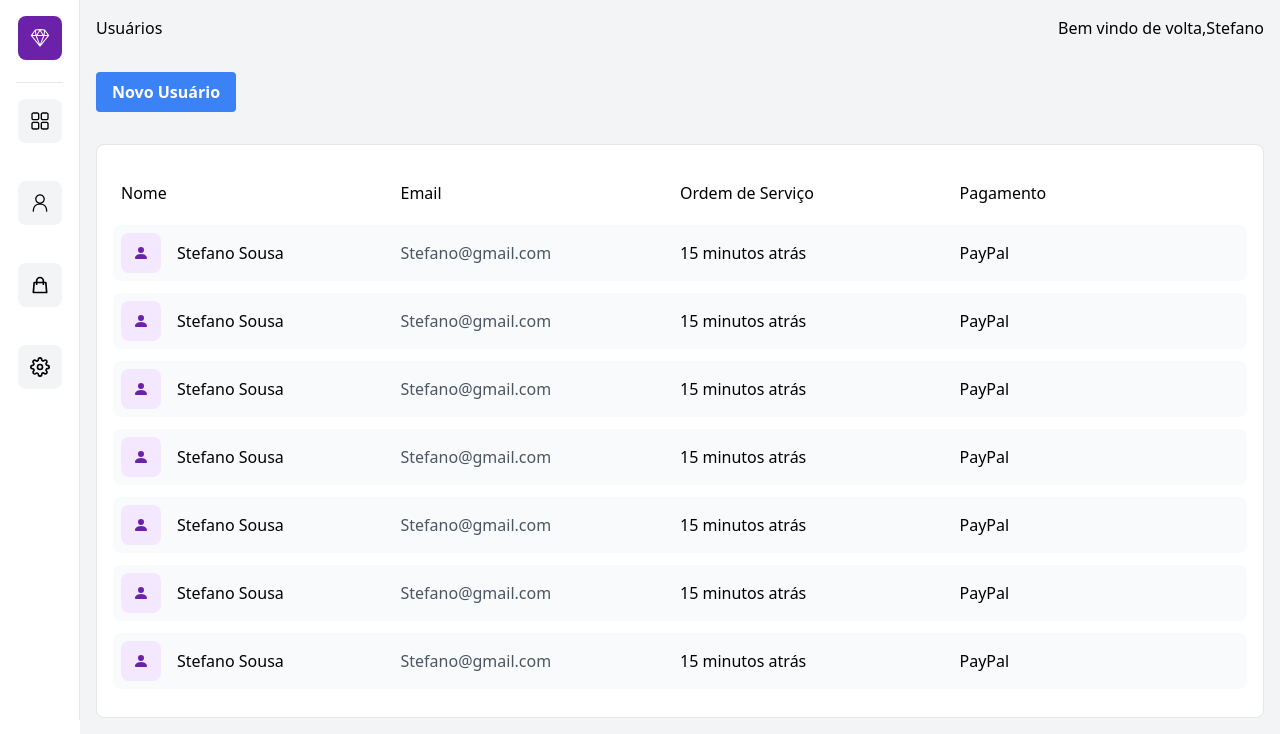
Repository: stefanosousaa/dashboard-next13
Page: /costumers
The author's editor kept a copy of each file at every save. The page is drawn from the files as they stood at one save, then again after the next save.
The browser window is 1280 px wide. The pictures show the whole page.
The project was rebuilt for these pictures with package versions that can differ from the ones it lists, and the page was loaded fresh each time. The framework's server and built-in components were replaced by stand-ins that run in the browser. Also part of the build but not shown: next.config.js.

Above is the page before, as saved 2023-05-18 18:06:25.

### pages/_app.js
import Sidebar from '@/components/Sidebar'
import '@/styles/globals.css'

export default function App({ Component, pageProps }) {
  return (
    <Sidebar>
        <Component {...pageProps} />
    </Sidebar>

  )
}

### pages/costumers.jsx
import React from 'react'
import {BsPersonFill, BsThreeDotsVertical} from 'react-icons/bs'
import {data} from '../data/data.js'

const costumers = () => {
  return (
    <div className='bg-gray-100 min-h-screen'>
        <div className='flex justify-between p-4'>
            <h2>Usuários</h2>
            <h2>Bem vindo de volta,Stefano</h2>
        </div>
        <div className='p-4'>
            <button className='bg-blue-500 hover:bg-blue-700 text-white font-bold py-2 px-4 rounded'>Novo Usuário</button>
        </div>
        <div className='p-4'>
            <div className='w-full m-auto p-4 border rounded-lg bg-white overflow-y-auto'>
              <div className='my-3 p-2 grid md:grid-cols-4 sm:grid-cols-3 grid-cols-2 items-center justify-between cursor-pointer'>
                <span>Nome</span>
                <span className='sm:text-left text-right'>Email</span>
                <span className='hidden md:grid'>Ordem de Serviço</span>
                <span className='hidden sm:grid'>Pagamento </span>
              </div>
              <ul>
                {data.map((order,id) => (
                    <li key={id} className='bg-gray-50 hover:bg-gray-100 rounded-lg my-3 p-2 grid md:grid-cols-4 sm:grid-cols-3 grid-cols-2 items-center justify-between cursor-pointer'>
                      <div className='flex items-center'>
                          <div className='bg-purple-100 p-3 rounded-lg'>
                             <BsPersonFill className='text-purple-800'/>
                           </div>
                           <p className='pl-4'>{order.name.first + ' ' + order.name.last}</p>
                      </div>
                      <p className='text-gray-600 sm:text-left text-right'>{order.name.first}@gmail.com</p>
                      <p className='hidden md:flex'>{order.date}</p>
                      <div className='sm:flex hidden justify-between items-center'>
                        <p>{order.method}</p>

                      </div>
                    </li>
                ))}
              </ul>
            </div>
        </div>
    </div>
  )
}

export default costumers

### components/Sidebar.jsx
import Link from 'next/link'
import Image from 'next/image'
import React from 'react'
import {RxSketchLogo,RxDashboard, RxPerson} from 'react-icons/rx'
import {FiSettings} from 'react-icons/fi'
import {HiOutlineShoppingBag} from 'react-icons/hi'

const Sidebar = ({children}) => {
  return (
    <div className='flex'>
        <div className='fixed w-20 h-screen p-4 bg-white border-r-[1px] flex flex-col justify-between'>
        <div className='flex flex-col items-center'>

          <Link href='/'>
            <div className='bg-purple-800 text-white p-3 rounded-lg inline-block'>
              <RxSketchLogo size={20}/>
            </div>
          </Link>
          <span className='border-b-[1px] border-gray-200 w-full p-2'></span>
          <Link href='/'>
            <div className='bg-gray-100 hover:bg-gray-200 cursor-pointer my-4 p-3 rounded-lg inline-block'>
              <RxDashboard size={20}/>
            </div>
          </Link>
          <Link href='/costumers'>
            <div className='bg-gray-100 hover:bg-gray-200 cursor-pointer my-4 p-3 rounded-lg inline-block'>
              <RxPerson size={20}/>
            </div>
          </Link>
          <Link href='/orders'>
            <div className='bg-gray-100 hover:bg-gray-200 cursor-pointer my-4 p-3 rounded-lg inline-block'>
              <HiOutlineShoppingBag size={20}/>
            </div>
          </Link>
          <Link href='/'>
            <div className='bg-gray-100 hover:bg-gray-200 cursor-pointer my-4 p-3 rounded-lg inline-block'>
              <FiSettings size={20}/>
            </div>
          </Link>
        </div>
        </div>

        <main className='ml-20 w-full'>{children}</main>
    </div>
  )
}

export default Sidebar

### data/data.js
export const data = [
    {
        id:1,
        name: {
            first: 'Stefano',
            last: 'Sousa',
        },
        total: 2147.00,
        status: 'On Hold',
        method: 'PayPal',
        date: '15 minutos atrás',
    },
    {
        id:2,
        name: {
            first: 'Stefano',
            last: 'Sousa',
        },
        total: 2147.00,
        status: 'On Hold',
        method: 'PayPal',
        date: '15 minutos atrás',
    },
    {
        id:3,
        name: {
            first: 'Stefano',
            last: 'Sousa',
        },
        total: 2147.00,
        status: 'On Hold',
        method: 'PayPal',
        date: '15 minutos atrás',
    },
    {
        id:4,
        name: {
            first: 'Stefano',
            last: 'Sousa',
        },
        total: 2147.00,
        status: 'On Hold',
        method: 'PayPal',
        date: '15 minutos atrás',
    },
    {
        id:5,
        name: {
            first: 'Stefano',
            last: 'Sousa',
        },
        total: 2147.00,
        status: 'On Hold',
        method: 'PayPal',
        date: '15 minutos atrás',
    },
    {
        id:6,
        name: {
            first: 'Stefano',
            last: 'Sousa',
        },
        total: 2147.00,
        status: 'On Hold',
        method: 'PayPal',
        date: '15 minutos atrás',
    },
    {
        id:7,
        name: {
            first: 'Stefano',
            last: 'Sousa',
        },
        total: 2147.00,
        status: 'On Hold',
        method: 'PayPal',
        date: '15 minutos atrás',
    },
]

Loaded but not shown: pages/_document.js (common file); styles/globals.css (common file); tailwind.config.js (common file)

After the next save:
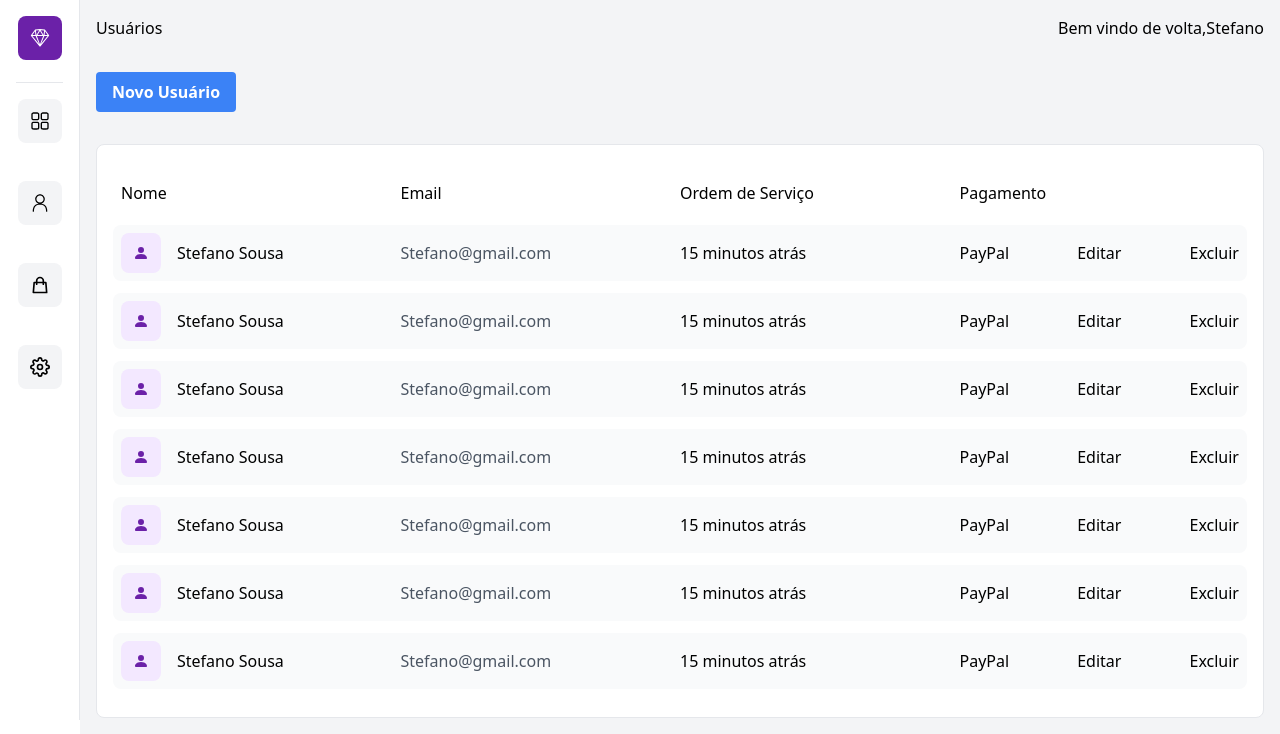
Saved 31 s later.
--- a/pages/costumers.jsx
+++ b/pages/costumers.jsx
@@ -33,7 +33,8 @@ const costumers = () => {
                       <p className='hidden md:flex'>{order.date}</p>
                       <div className='sm:flex hidden justify-between items-center'>
                         <p>{order.method}</p>
-
+                        <button>Editar</button>
+                        <button>Excluir</button>
                       </div>
                     </li>
                 ))}
